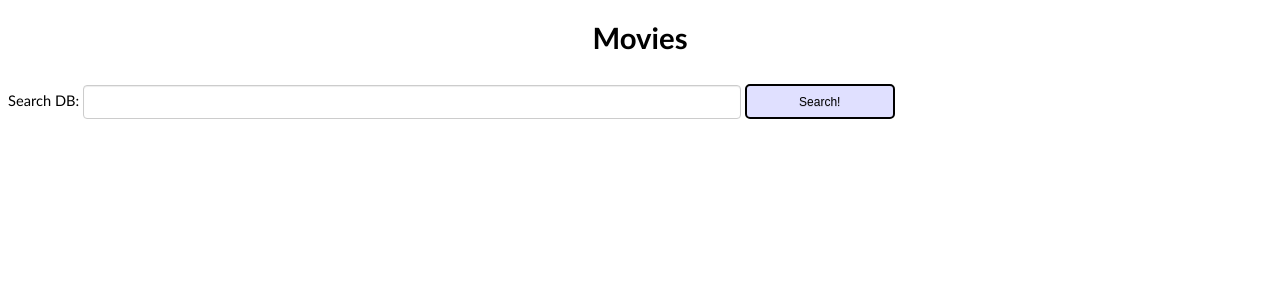
Repository: mxd369/webprogramming2
Page: project2Movies/WebContent/movie.html
An editor plug-in stored every save of this project. The page is shown before and after the next save, followed by the edit.
The browser window is 1280 px wide. The pictures show the whole page.

Above is the page before, as saved 2017-03-01 01:07:10.

After the next save:
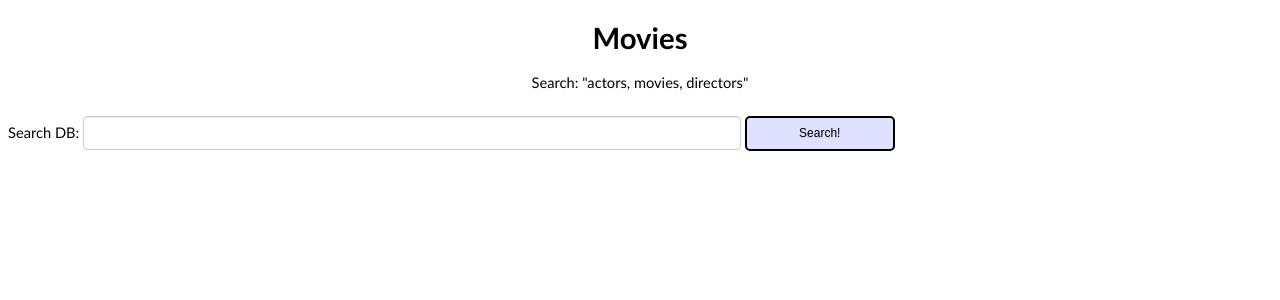
Saved 11 min 26 s later.
--- a/project2Movies/WebContent/movie.html
+++ b/project2Movies/WebContent/movie.html
@@ -8,6 +8,8 @@
 <body>
 <h1 id="land">Movies</h1>
 
+<p id="land">Search: "actors, movies, directors"</p>
+
 	<form action="ThoughtBoundary" method="post">
 		<label for="nt">Search DB:</label>
 		<input type="text" name="newthought" id="nt" class="textcl" />
@@ -15,6 +17,18 @@
 		<input type="hidden" name="uname" value="${user}"/>
 	</form>
 
+<!--
+
+if textField == "actors"
+	print all actors
+else if textField == "movies"
+	print all movies
+else if textField == "directors"
+	print all directors
+else
+	throw error page
+
+-->
 
 
 </body>
